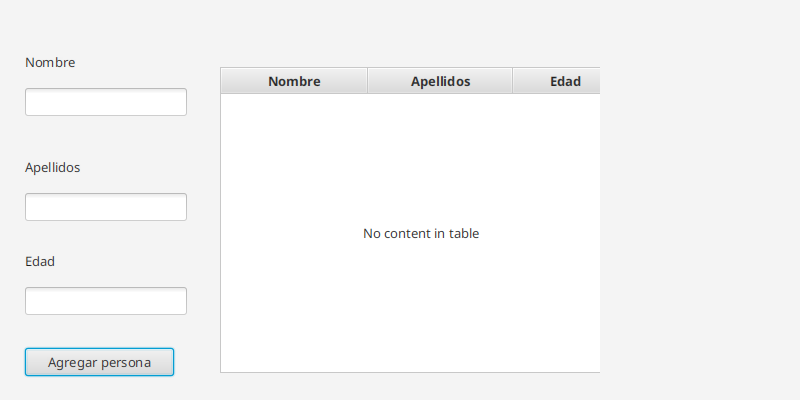
Repository: anxoportela/PROG
Program's window: java Java_Interfaz/ProyectoJavaFX/src/com/acarballeira/javaFX/ejemplo12/App.java
These files come from the project's save history. The program's window is drawn as it stood at one moment and after the next save; the edit follows.
It runs on Java 21 on a 1366 x 768 screen with JavaFX 11; the title bar is not drawn.

Above is the program's window before, as saved 2020-03-10 19:02:35.

After the next save:
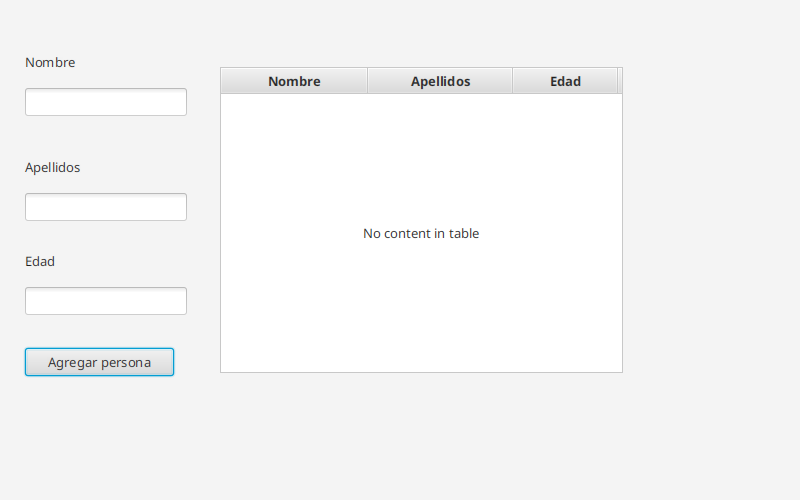
Saved 26 s later.
--- a/Java_Interfaz/ProyectoJavaFX/src/com/acarballeira/javaFX/ejemplo12/App.java
+++ b/Java_Interfaz/ProyectoJavaFX/src/com/acarballeira/javaFX/ejemplo12/App.java
@@ -28,7 +28,7 @@
 				ventanaPane = null;
 			}
 
-			Scene primaryScene = new Scene(ventanaPane, 600, 400);
+			Scene primaryScene = new Scene(ventanaPane, 800, 500);
 			primaryStage.setScene(primaryScene);
 			primaryStage.show();
 
